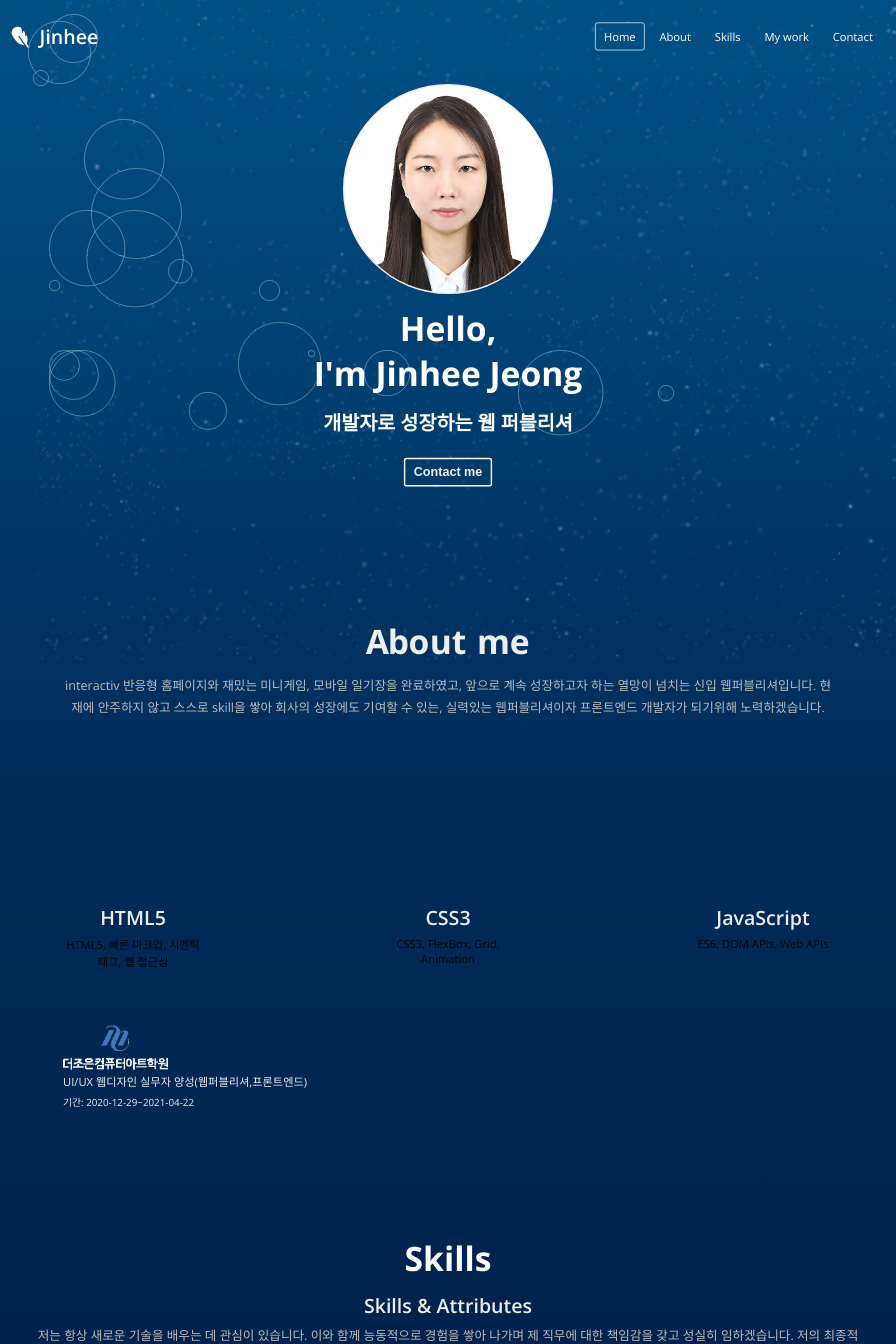
Repository: jinhee196/portfolio
Page: index.html
An editor plug-in stored every save of this project. The page is shown before and after the next save, followed by the edit.
The browser window is 1280 px wide. The pictures show the part of the page from y = 0 to 1920 px (the page is 4590 px tall before and 4760 px after), at 70% of full size.
Some web libraries are served in a nearby version.

Above is the page before, as saved 2021-07-07 18:51:24.

After the next save:
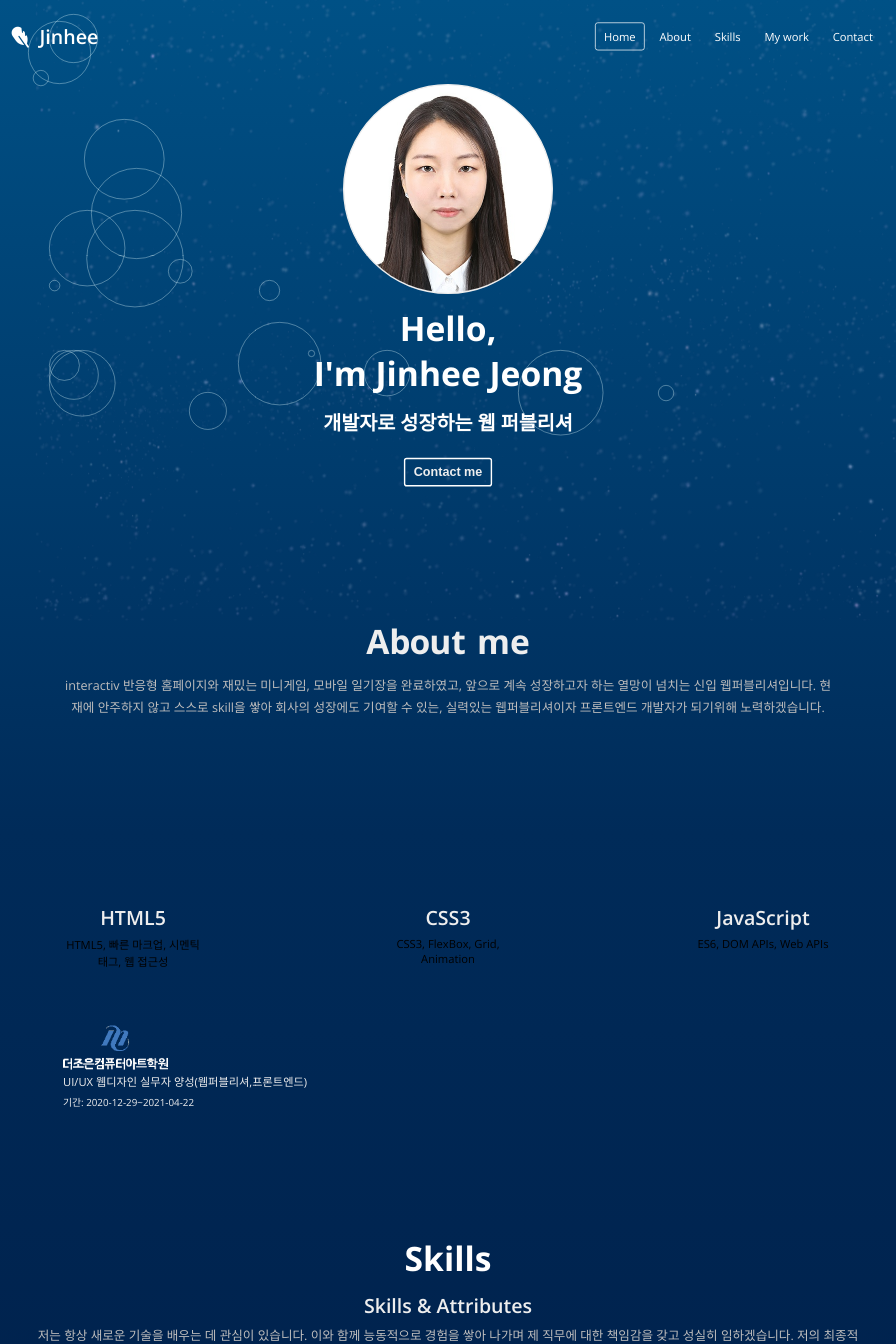
Saved 83 s later.
--- a/index.html
+++ b/index.html
@@ -315,6 +315,7 @@
         <div class="contact__links">
             <a href="https://github.com/jinhee196" target="_blank">
                 <i class="fab fa-github"></i>
+                <img src="img/notion.png" alt="notion">
             </a>
         </div>
         <p class="contact__rights">2021 Jinhee - All rights reserved</p>
